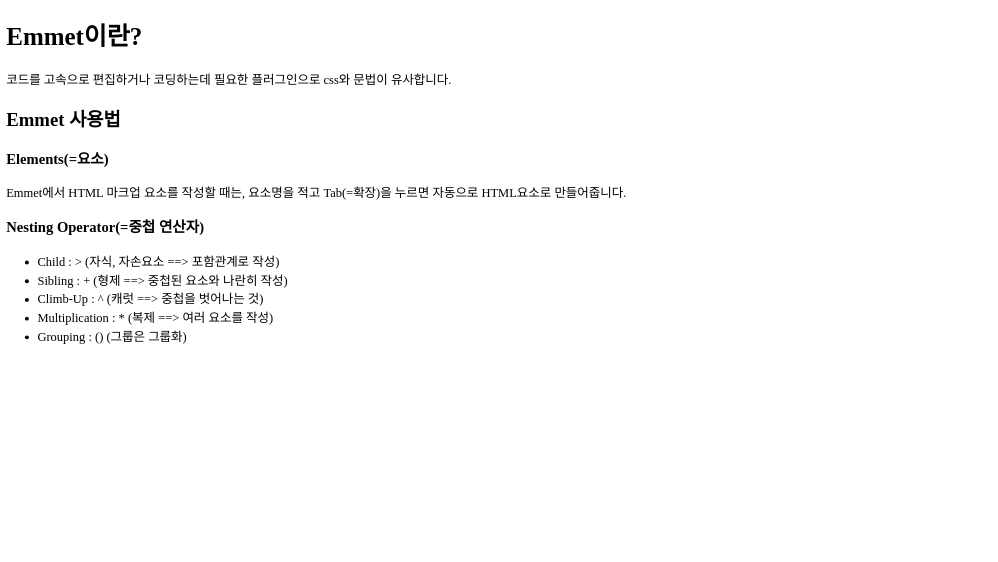
Repository: sbn121/WebUi
Page: Workspace/CloneCoding1/src/main/webapp/emmet-syntax.html
The author's editor kept a copy of each file at every save. The page is drawn from the files as they stood at one save, then again after the next save.
The browser window is 1280 px wide. The pictures show the whole page, at 78% of full size.

Above is the page before, as saved 2023-05-30 06:52:28.

### Workspace/CloneCoding1/src/main/webapp/emmet-syntax.html
<!DOCTYPE html>
<html>
<head>
<meta charset="UTF-8">
<title>수코딩 클론</title>
<meta name="viewport" content="width=device-width, initial-scale=1.0" />

</head>
<body>
	<!-- https://docs.emmet.io/abbreviations/syntax/ -->
	<h1>Emmet이란?</h1>
	<p>코드를 고속으로 편집하거나 코딩하는데 필요한 플러그인으로 css와 문법이 유사합니다.</p>

	<h2>Emmet 사용법</h2>
	<h3>Elements(=요소)</h3>
	<p>Emmet에서 HTML 마크업 요소를 작성할 때는, 요소명을 적고 Tab(=확장)을 누르면 자동으로 HTML요소로 만들어줍니다.</p>

	<h3>Nesting Operator(=중첩 연산자)</h3>
	<ul>
		<li>Child : > (자식, 자손요소 ==> 포함관계로 작성)</li>
		<li>Sibling : + (형제 ==> 중첩된 요소와 나란히 작성)</li>
		<li>Climb-Up : ^ (캐럿 ==> 중첩을 벗어나는 것)</li>
		<li>Multiplication : * (복제 ==> 여러 요소를 작성)</li>
		<li>Grouping : () (그룹은 그룹화)</li>
	</ul>

</body>
</html>

After the next save:
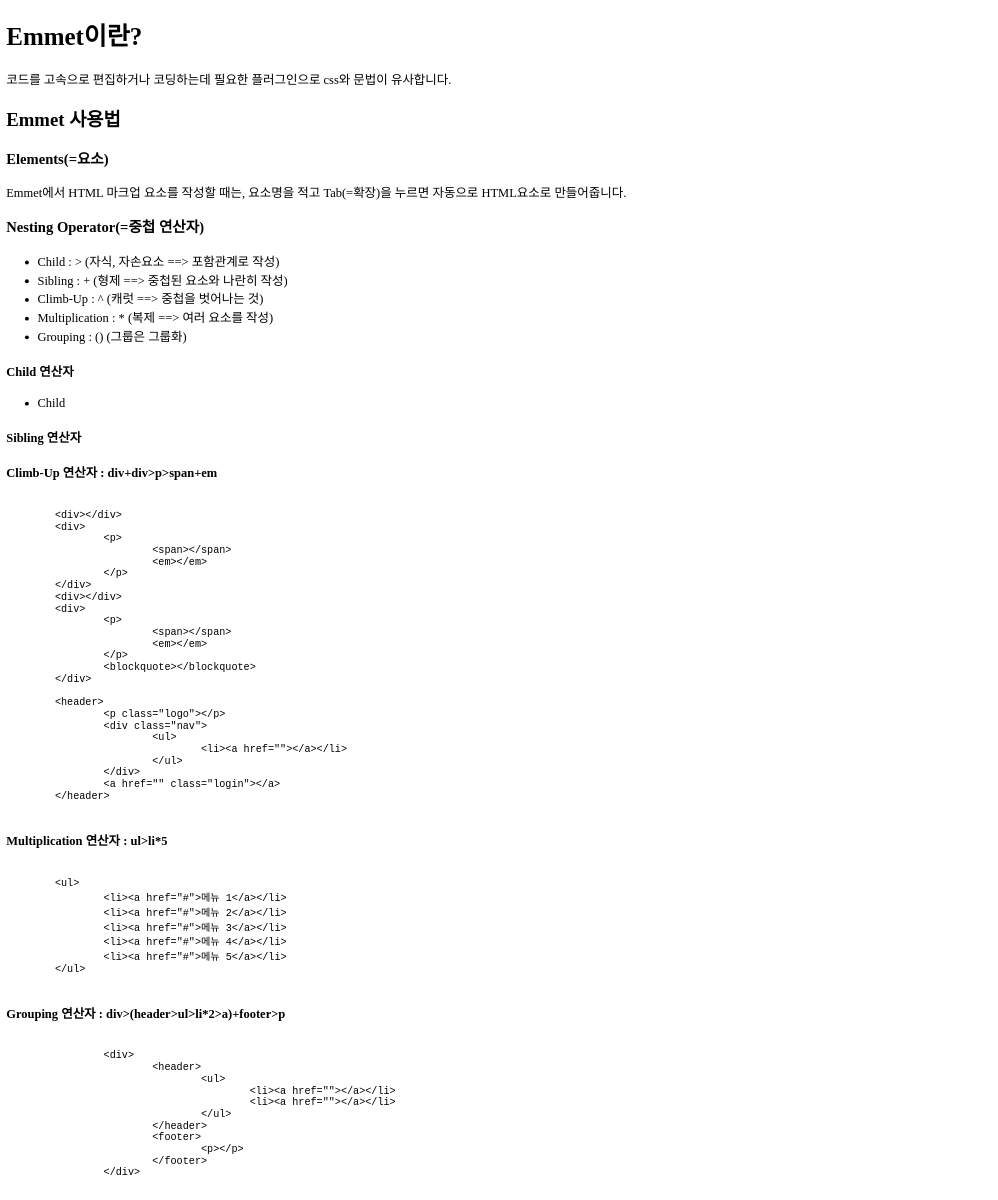
Saved 35 min 43 s later.
--- a/Workspace/CloneCoding1/src/main/webapp/emmet-syntax.html
+++ b/Workspace/CloneCoding1/src/main/webapp/emmet-syntax.html
@@ -12,6 +12,7 @@
 	<p>코드를 고속으로 편집하거나 코딩하는데 필요한 플러그인으로 css와 문법이 유사합니다.</p>
 
 	<h2>Emmet 사용법</h2>
+
 	<h3>Elements(=요소)</h3>
 	<p>Emmet에서 HTML 마크업 요소를 작성할 때는, 요소명을 적고 Tab(=확장)을 누르면 자동으로 HTML요소로 만들어줍니다.</p>
 
@@ -24,5 +25,77 @@
 		<li>Grouping : () (그룹은 그룹화)</li>
 	</ul>
 
+	<h4>Child 연산자</h4>
+	<div>
+		<ul>
+			<li>Child</li>
+		</ul>
+	</div>
+
+	<h4>Sibling 연산자</h4>
+	<div></div>
+	<p></p>
+	<blockquote></blockquote>
+
+	<h4>Climb-Up 연산자 : div+div>p>span+em</h4>
+	<xmp>
+	<div></div>
+	<div>
+		<p>
+			<span></span>
+			<em></em>
+		</p>
+	</div>
+	<div></div>
+	<div>
+		<p>
+			<span></span>
+			<em></em>
+		</p>
+		<blockquote></blockquote>
+	</div>
+
+	<header>
+		<p class="logo"></p>
+		<div class="nav">
+			<ul>
+				<li><a href=""></a></li>
+			</ul>
+		</div>
+		<a href="" class="login"></a>
+	</header>
+	</xmp>
+	<h4>Multiplication 연산자 : ul>li*5</h4>
+	<xmp>
+	<ul>
+		<li><a href="#">메뉴 1</a></li>
+		<li><a href="#">메뉴 2</a></li>
+		<li><a href="#">메뉴 3</a></li>
+		<li><a href="#">메뉴 4</a></li>
+		<li><a href="#">메뉴 5</a></li>
+	</ul>
+	</xmp>
+
+	<h4>Grouping 연산자 : div>(header>ul>li*2>a)+footer>p</h4>
+	<xmp>
+		<div>
+			<header>
+				<ul>
+					<li><a href=""></a></li>
+					<li><a href=""></a></li>
+				</ul>
+			</header>
+			<footer>
+				<p></p>
+			</footer>
+		</div>
+	</xmp>
+
+
+
+
+
+
+
 </body>
 </html>
